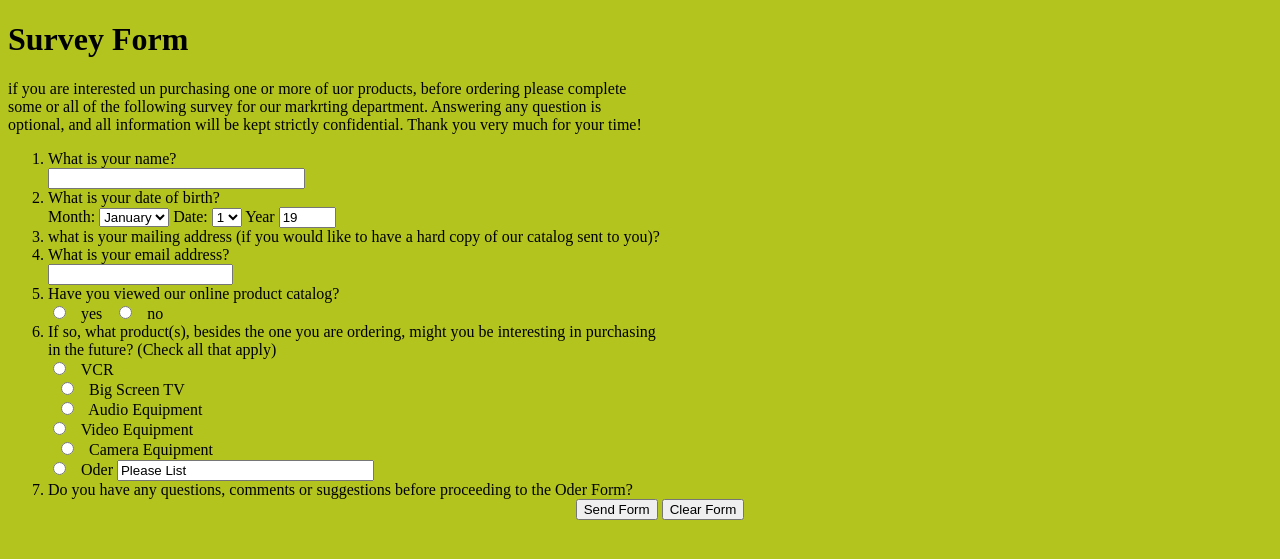
Repository: PhamChiXuan1/HTCNW_tuan3_DHCNTT16C_PhamChiXuan_20030131
Page: bt17.html
An editor plug-in stored every save of this project. The page is shown before and after the next save, followed by the edit.
The browser window is 1280 px wide. The pictures show the whole page.

Above is the page before, as saved 2022-02-27 22:50:57.

### bt17.html
<!DOCTYPE html>
<html lang="en">
<head>
    <meta charset="UTF-8">
    <meta http-equiv="X-UA-Compatible" content="IE=edge">
    <meta name="viewport" content="width=device-width, initial-scale=1.0">
    <title>Document</title>
</head>
<body style="background-color: rgb(179, 196, 31);">
    <H1>Survey Form</H1>
    <P>if you are interested un purchasing one or more of uor products, before ordering please complete <br>some or all of the following survey for our markrting department. Answering any question is <br>optional, and all information will be kept strictly confidential. Thank you very much for your time!</P>
    <ol type="1">

        <li>What is your name?</li>
            <input type="text" id="" name="19" size="29" >

        <li>What is your date of birth?</li>
        <form>
            <label for="cars">Month:</label>
            <select id="cars" name="cars">
                <option value="January">January</option>
            </select>
            <label for="cars">Date:</label>
            <select id="cars" name="cars">
                <option value="1">1</option>
            </select>
            <label for="cars">Year</label>
            <input type="text" id="" name="" size="4" value="19">

            <li>what is your mailing address (if you would like to have a hard copy of our catalog sent to you)?</li>

            <li>What is your email address?</li>
            <form>
                <input type="text" id="fname" name="fname" value=""><br>
            </form>

            <li>Have you viewed our online product catalog?</li>
            <input type="radio" id="" name="" value="">
                <label for="yes">yes</label>
            <input type="radio" id="" name="" value="">
                <label for="no">no</label><br>

            <li>If so, what product(s), besides the one you are ordering, might you be interesting in purchasing <br>in the future? (Check all that apply)</li>
            <input type="radio" id="" name="" value="">
                <label for="VCR">VCR</label><br>
            <input type="radio" id="" name="" value="">
                <label for="Big Screen TV">Big Screen TV</label><br>
            <input type="radio" id="" name="" value="">
                <label for="Audio Equipment">Audio Equipment</label><br>
            <input type="radio" id="" name="" value="">
                <label for="Video Equipment">Video Equipment</label><br>
            <input type="radio" id="" name="" value="">
                <label for="Camera Equipment">Camera Equipment</label><br>
            <input type="radio" id="" name="" value="">
                <label for="Oder">Oder</label> <input type="text" id="" name="" size="29" value="Please List">

            <li>Do you have any questions, comments or suggestions before proceeding to the Oder Form?</li>

            <center>
                <input type="submit" value="Send Form">
                <input type="submit" value="Clear Form">
            </center>
        </form>
    </ol>
</body>
</html>

After the next save:
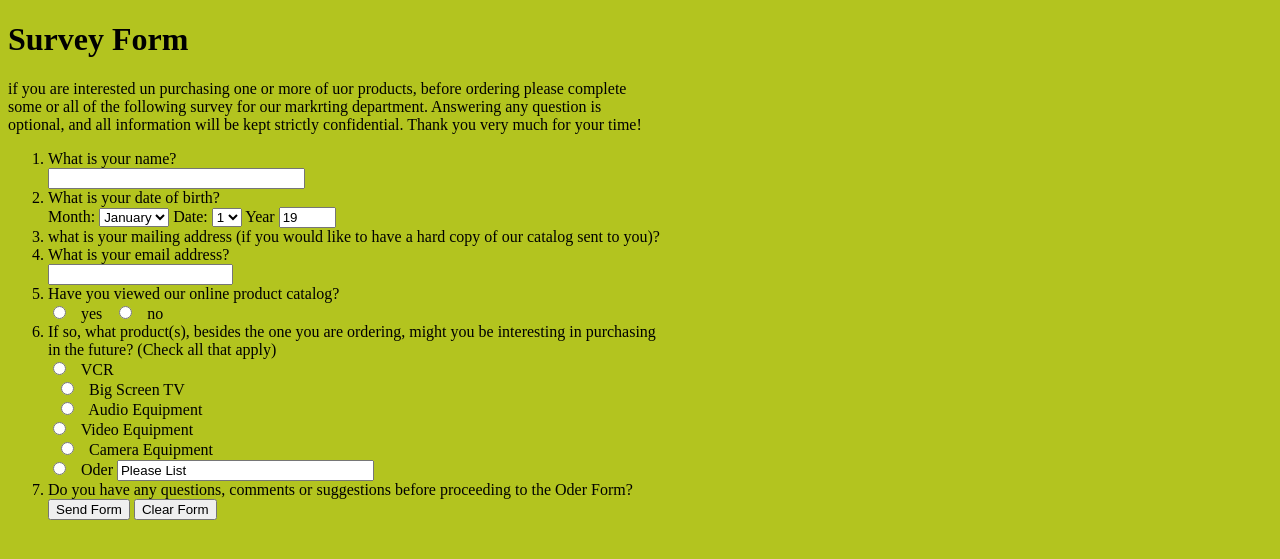
Saved 17 s later.
--- a/bt17.html
+++ b/bt17.html
@@ -56,10 +56,10 @@
 
             <li>Do you have any questions, comments or suggestions before proceeding to the Oder Form?</li>
 
-            <center>
-                <input type="submit" value="Send Form">
-                <input type="submit" value="Clear Form">
-            </center>
+
+            <input type="submit" value="Send Form">
+            <input type="submit" value="Clear Form">
+
         </form>
     </ol>
 </body>
